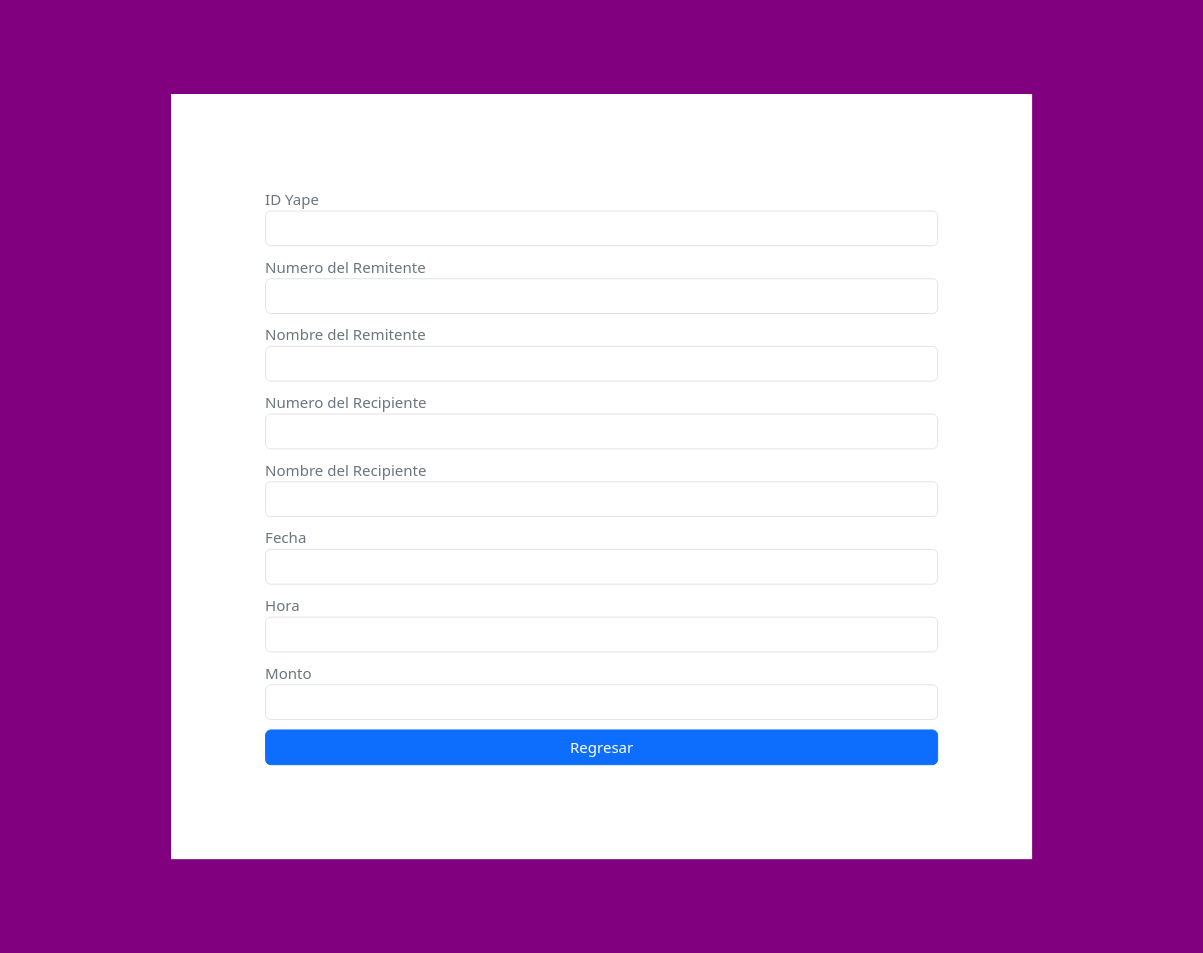
Repository: Gimblet/LP1_Proyecto_Yape
Page: http://localhost/Yape/YapeInfo.jsp
These files come from the project's save history. The page is drawn as it stood at one moment and after the next save; the edit follows.
The browser window is 1280 px wide. The pictures show the whole page, at 94% of full size.
The page is served by Tomcat 9.

Above is the page before, as saved 2024-05-03 01:30:28.

After the next save:
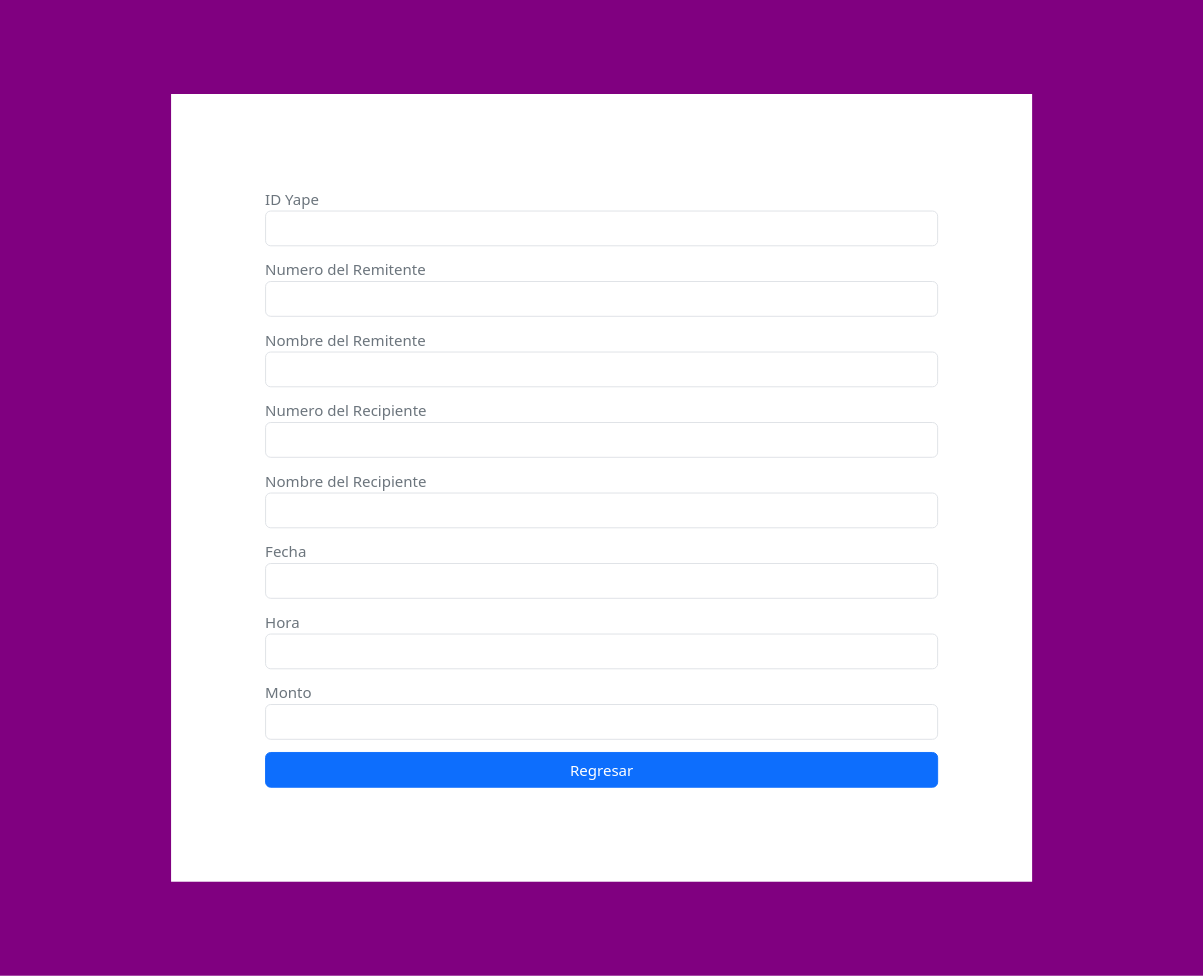
Saved 8 s later.
--- a/Yape/src/main/webapp/YapeInfo.jsp
+++ b/Yape/src/main/webapp/YapeInfo.jsp
@@ -27,7 +27,7 @@
 			display: flex;
 			flex-direction: column;
 			padding: 100px;
-			gap: 10px;
+			gap: 13px;
 		}
 	</style>
 </head>
